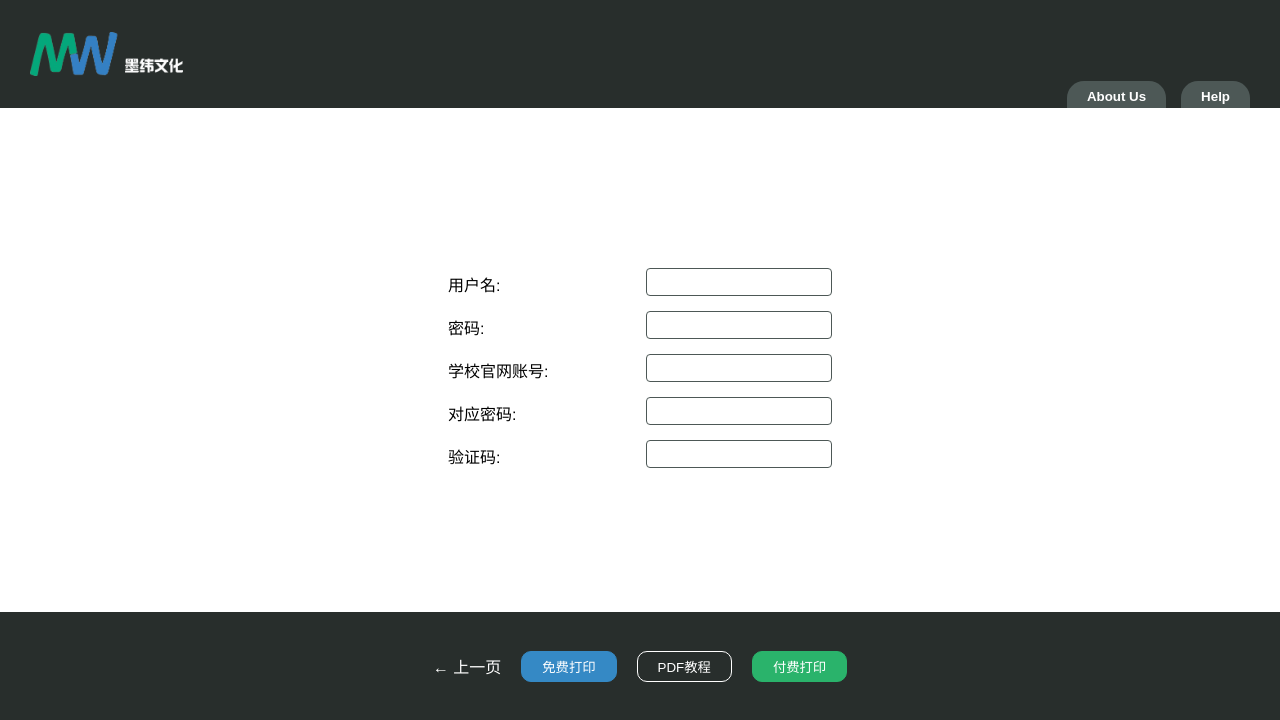
Repository: sucksucksucksuck/mw
Page: /#/register
An editor plug-in stored every save of this project. The page is shown before and after a run of saves, followed by the edit.
The browser window is 1280 px wide. The pictures show the whole page.
The project was rebuilt for these pictures with package versions that can differ from the ones it lists, and the page was loaded fresh each time. Also part of the build but not shown: webpack.config.js, src/components/HelloWorld.vue, src/components/Suck.vue.

Above is the page before, as saved 2018-04-13 17:26:08.

After the next 2 saves:
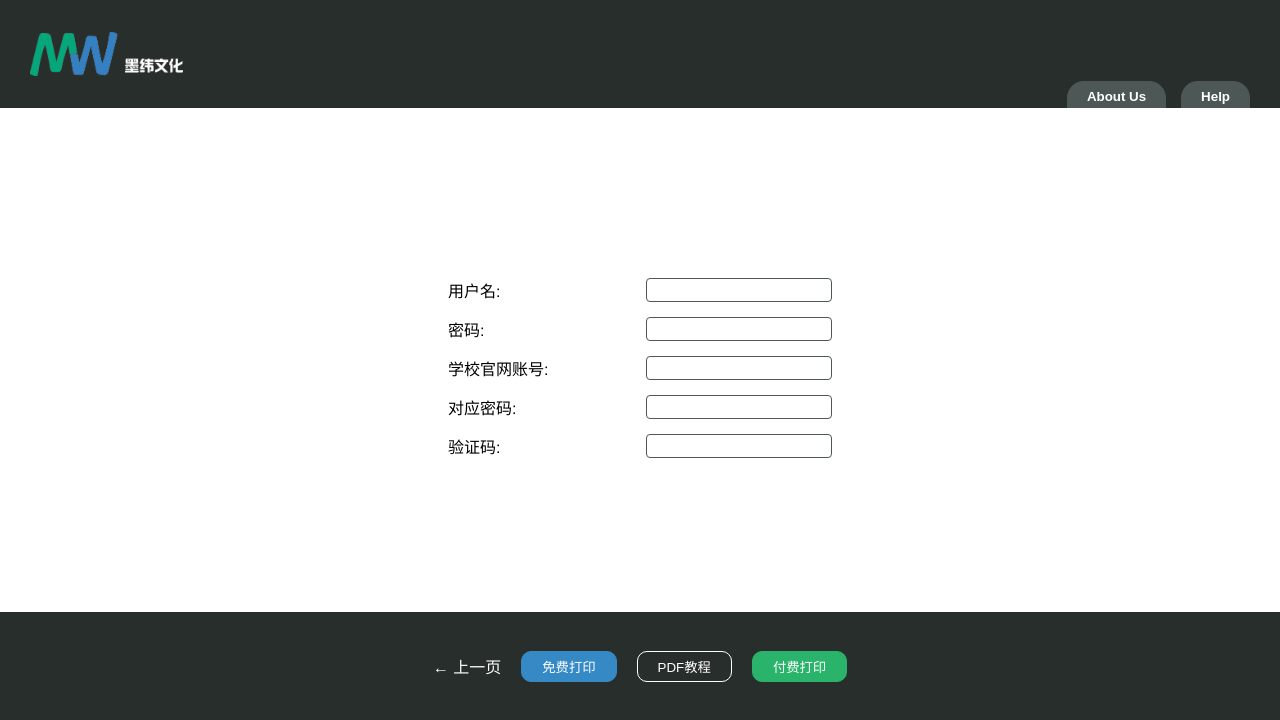
The 2 saves are shown as one change because they came seconds apart.
The last was saved 13 s later.
--- a/src/components/Register.vue
+++ b/src/components/Register.vue
@@ -62,8 +62,8 @@
     border-radius: 4px;
     border: 1px solid #4D5856;
     padding-left: 5px;
-    line-height: 24px;
-    height: 24px;
+    line-height: 20px;
+    height: 20px;
   }
 
 </style>
